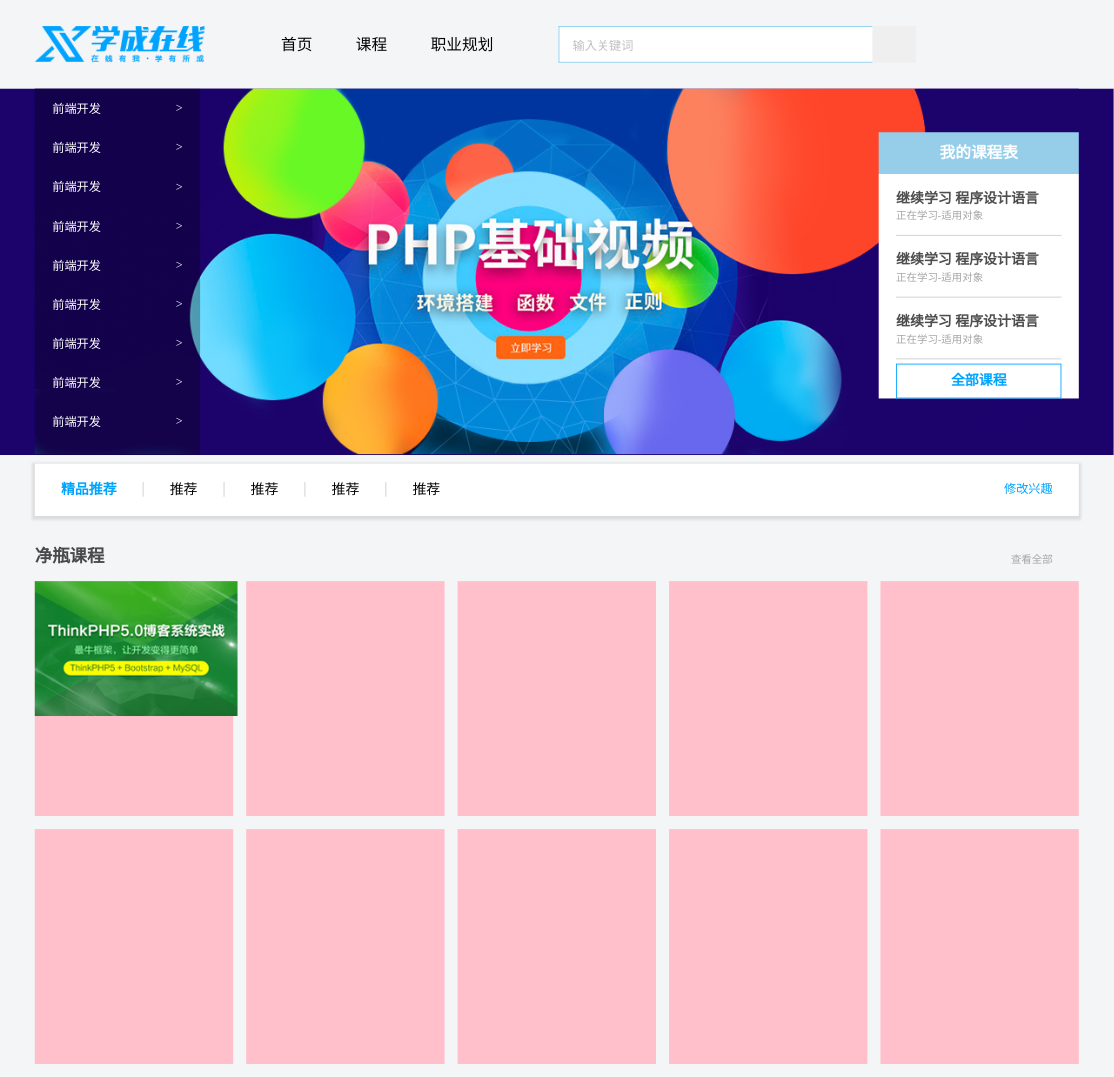
Repository: R1Deemo/Web-Project
Page: index..html
An editor plug-in stored every save of this project. The page is shown before and after the next save, followed by the edit.
The browser window is 1280 px wide. The pictures show the whole page, at 87% of full size.

Above is the page before, as saved 2022-03-09 19:30:54.

### index..html
<!DOCTYPE html>
<html lang="en">

<head>
    <meta charset="UTF-8">
    <meta http-equiv="X-UA-Compatible" content="IE=edge">
    <meta name="viewport" content="width=device-width, initial-scale=1.0">
    <title>测试页面</title>
    <link rel="stylesheet" href="style.css">
</head>

<body>
    <!--头部模块 -->
    <div class="header w">
        <div class="logo">
            <img src="images/学成在线.png" alt="">
        </div>
        <!-- 实际开发中要用li+a的做法做导航栏 -->
        <div class="nav">
            <ul>
                <li>
                    <a href="#">首页</a>
                </li>
                <li>
                    <a href="#">课程</a>
                </li>
                <li>
                    <a href="#">职业规划</a>
                </li>

            </ul>
        </div>
        <!-- 搜索模块 -->
        <div class="search">
            <input type="text" value="输入关键词">
            <button></button>

        </div>

    </div>
    <!-- 头部区域结束 -->
    <!-- banner部分开始 -->
    <div class="banner">
        <div class="w">
            <div class="subnav">
                <ul>
                    <li><a href="#">前端开发<span>&gt</span></a></li>
                    <li><a href="#">前端开发<span>&gt</span></a></li>
                    <li><a href="#">前端开发<span>&gt</span></a></li>
                    <li><a href="#">前端开发<span>&gt</span></a></li>
                    <li><a href="#">前端开发<span>&gt</span></a></li>
                    <li><a href="#">前端开发<span>&gt</span></a></li>
                    <li><a href="#">前端开发<span>&gt</span></a></li>
                    <li><a href="#">前端开发<span>&gt</span></a></li>
                    <li><a href="#">前端开发<span>&gt</span></a></li>

                </ul>

            </div>
            <div class="course">
                <h2>我的课程表</h2>
                <div class="bd">
                    <ul>
                        <li>
                            <h4>继续学习 程序设计语言</h4>
                            <p>正在学习-适用对象</p>
                        </li>
                        <li>
                            <h4>继续学习 程序设计语言</h4>
                            <p>正在学习-适用对象</p>
                        </li>
                        <li>
                            <h4>继续学习 程序设计语言</h4>
                            <p>正在学习-适用对象</p>
                        </li>
                    </ul>
                    <a href="#" class="more">全部课程</a>
                </div>

            </div>
        </div>

    </div>
    <!-- banner区域结束 -->
    <!-- 精品推荐模块开始 -->
    <div class="goods w">
        <h3>精品推荐</h3>
        <ul>
            <li><a href="#">推荐</a></li>
            <li><a href="#">推荐</a></li>
            <li><a href="#">推荐</a></li>
            <li><a href="#">推荐</a></li>

        </ul>
        <a href="#" class="mod">修改兴趣</a>
    </div>
    <div class="box w">
        <div class="box-hd">
            <h3>净瓶课程</h3>
            <a href="#">查看全部</a>
        </div>
        <div class="box-bd">
            <ul>
                <li><img src="images/pic.png" alt=""></li>
                <li></li>
                <li></li>
                <li></li>
                <li></li>
                <li></li>
                <li></li>
                <li></li>
                <li></li>
                <li></li>


            </ul>
        </div>
    </div>



</body>

</html>

### style.css
* {
    margin: 0;
    padding: 0;
}

.w {
    width: 1200px;
    margin: 0 auto;
}

body {
    background-color: #f3f5f7;
}

li {
    list-style: none;
}

a {
    text-decoration: none;
}

.header {
    height: 42px;
    /* background-color: pink; */
    margin: 30px auto;
}

.logo {
    float: left;
    width: 198px;
    height: 42px;
}

.nav {
    float: left;
    margin-left: 60px;
}

.nav ul li {
    float: left;
    margin: 0 15px;
}

.nav ul li a {
    display: block;
    height: 42px;
    padding: 0 10px;
    line-height: 42px;
    font-size: 18px;
    color: #050505;
}

.nav ul li a:hover {
    border-bottom: 2px solid #00a4ff;
}

.search {
    float: left;
    width: 412px;
    height: 42px;
    margin-left: 50px;
}

.search input {
    float: left;
    width: 345px;
    height: 40px;
    border: 1px solid skyblue;
    border-right: 0;
    color: #bfbfbf;
    font-size: 14px;
    padding-left: 15px;
}

.search button {
    float: left;
    width: 50px;
    height: 42px;
    border: 0;
    /* background: url(images/搜索.png); */
}

.banner {
    background-color: #1c036c;
    height: 421px;
}

.banner .w {
    background: url(images/banner2.png) no-repeat top center;
    height: 421px;
}

.subnav {
    float: left;
    width: 190px;
    height: 421px;
    background-color: rgba(0, 0, 0, .3);
}

.subnav ul li {
    height: 45px;
    line-height: 45px;
    padding: 0 20px;
}

.subnav ul li a {
    font-size: 14px;
    color: #fff;
}

.subnav ul li a span {
    float: right;
}

.subnav ul li a:hover {
    color: #00a4ff;
}

.course {
    float: right;
    margin-top: 50px;
    width: 230px;
    height: 300px;
    /* background-color: #fff; */
}

.course h2 {
    height: 48px;
    background-color: #96ceea;
    font-size: 18px;
    line-height: 48px;
    text-align: center;
    color: #fff;
}

.bd {
    padding: 0 20px;
    background-color: white;
}

.bd ul li h4 {
    font-size: 16px;
    color: #4e4e4e;
}

.bd ul li p {
    font-size: 12px;
    color: #a5a5a5;
}

.bd ul li {
    border-bottom: 1px solid #ccc;
    padding: 14px 0;
}

.bd .more {
    display: block;
    margin-top: 5px;
    height: 38px;
    border: 1px solid #00a4ff;
    text-align: center;
    line-height: 38px;
    color: #00a4ff;
    font-size: 16px;
    font-weight: 700;
}

.goods {
    height: 60px;
    background-color: #fff;
    box-shadow: 0 2px 3px 3px rgba(0, 0, 0, .1);
    margin-top: 10px;
    line-height: 60px;
}

.goods h3 {
    float: left;
    margin-left: 30px;
    color: #00a4ff;
    font-size: 16px;
}

.goods ul {
    float: left;
    margin-left: 30px;
}

.goods ul li {
    float: left;
}

.goods ul li a {
    padding: 0 30px;
    font-size: 16px;
    color: #050505;
    border-left: 1px solid #ccc;
}

.mod {
    float: right;
    margin-right: 30px;
    font-size: 14px;
    color: #00a4ff;
}

.box {
    margin-top: 30px;
}

.box-hd {
    height: 45px;
}

.box-hd h3 {
    float: left;
    font-size: 20px;
    color: #494949;
}

.box-hd a {
    float: right;
    font-size: 12px;
    color: #a5a5a5;
    margin-top: 10px;
    margin-right: 30px;
}

.box-bd ul {
    width: 1225px;
}

.box-bd ul li {
    float: left;
    width: 228px;
    height: 270px;
    background-color: pink;
    margin-right: 15px;
    margin-bottom: 15px;
}

After the next save:
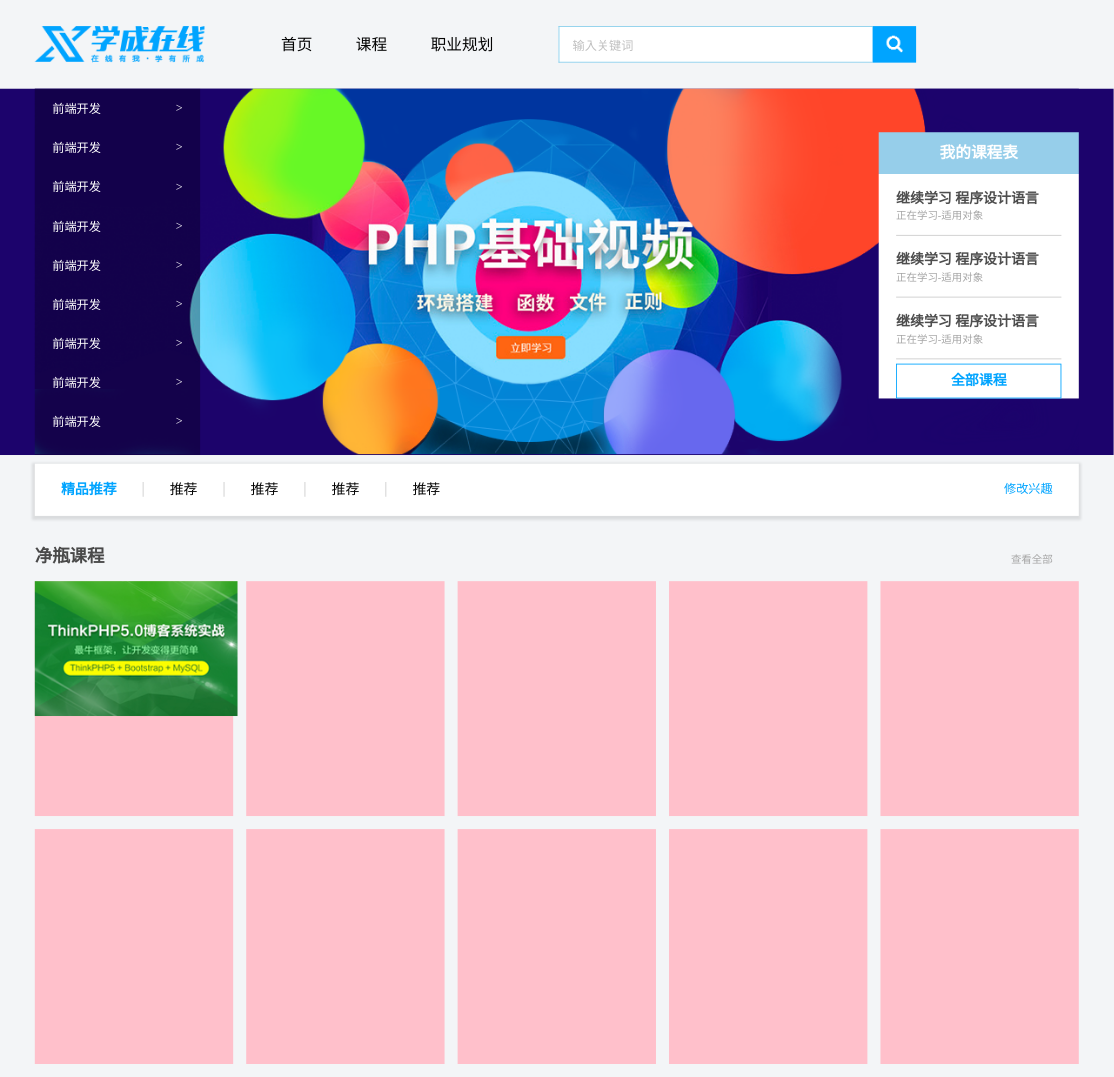
Saved 34 s later.
--- a/style.css
+++ b/style.css
@@ -78,7 +78,7 @@
     width: 50px;
     height: 42px;
     border: 0;
-    /* background: url(images/搜索.png); */
+    background: url(images/btn.png);
 }
 
 .banner {
